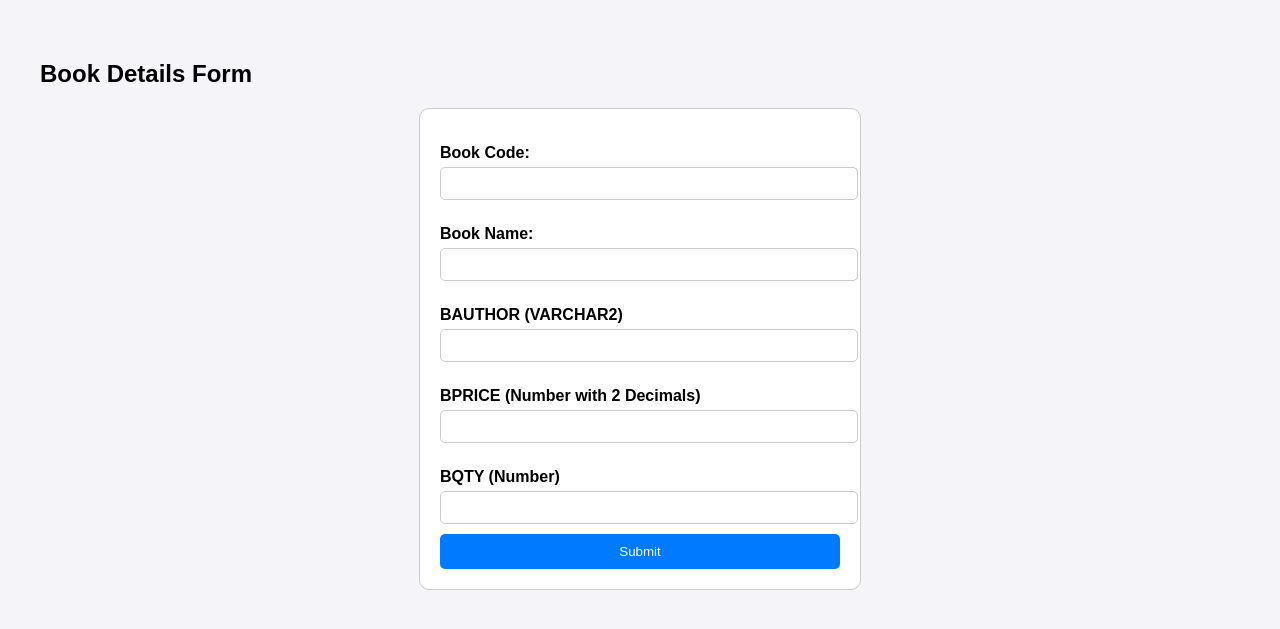
Repository: GokulLade/WebApps_with_Servlets_JSP
Page: 02_ReadDisplayBookDetails/src/main/webapp/index.html
The author's editor kept a copy of each file at every save. The page is drawn from the files as they stood at one save, then again after the next save.
The browser window is 1280 px wide. The pictures show the whole page.

Above is the page before, as saved 2024-11-30 11:01:29.

### 02_ReadDisplayBookDetails/src/main/webapp/index.html
<!DOCTYPE html>
<html lang="en">
<head>
    <meta charset="UTF-8">
    <meta name="viewport" content="width=device-width, initial-scale=1.0">
    <title>Book Details Form</title>
    <style>
        body {
            font-family: Arial, sans-serif;
            margin: 20px;
            padding: 20px;
            background-color: #f4f4f9;
        }
        form {
            max-width: 400px;
            margin: auto;
            padding: 20px;
            border: 1px solid #ccc;
            border-radius: 10px;
            background: #fff;
        }
        label {
            font-weight: bold;
            display: block;
            margin-top: 15px;
        }
        input[type="text"], input[type="number"] {
            width: 100%;
            padding: 8px;
            margin-top: 5px;
            margin-bottom: 10px;
            border: 1px solid #ccc;
            border-radius: 5px;
        }
        input[type="submit"] {
            background-color: #007BFF;
            color: #fff;
            padding: 10px;
            border: none;
            border-radius: 5px;
            cursor: pointer;
            width: 100%;
        }
        input[type="submit"]:hover {
            background-color: #0056b3;
        }
    </style>
</head>
<body>
    <h2>Book Details Form</h2>
    <form action="display" method="POST">
        <label for="bcode">Book Code: </label>
        <input type="number" id="bcode" name="bcode" required>

        <label for="bname">Book Name: </label>
        <input type="text" id="bname" name="bname" maxlength="10" required>

        <label for="bauthor">BAUTHOR (VARCHAR2)</label>
        <input type="text" id="bauthor" name="bauthor" maxlength="10" required>

        <label for="bprice">BPRICE (Number with 2 Decimals)</label>
        <input type="number" id="bprice" name="bprice" step="0.01" required>

        <label for="bqty">BQTY (Number)</label>
        <input type="number" id="bqty" name="bqty" required>

        <input type="submit" value="Submit">
    </form>
</body>
</html>

After the next save:
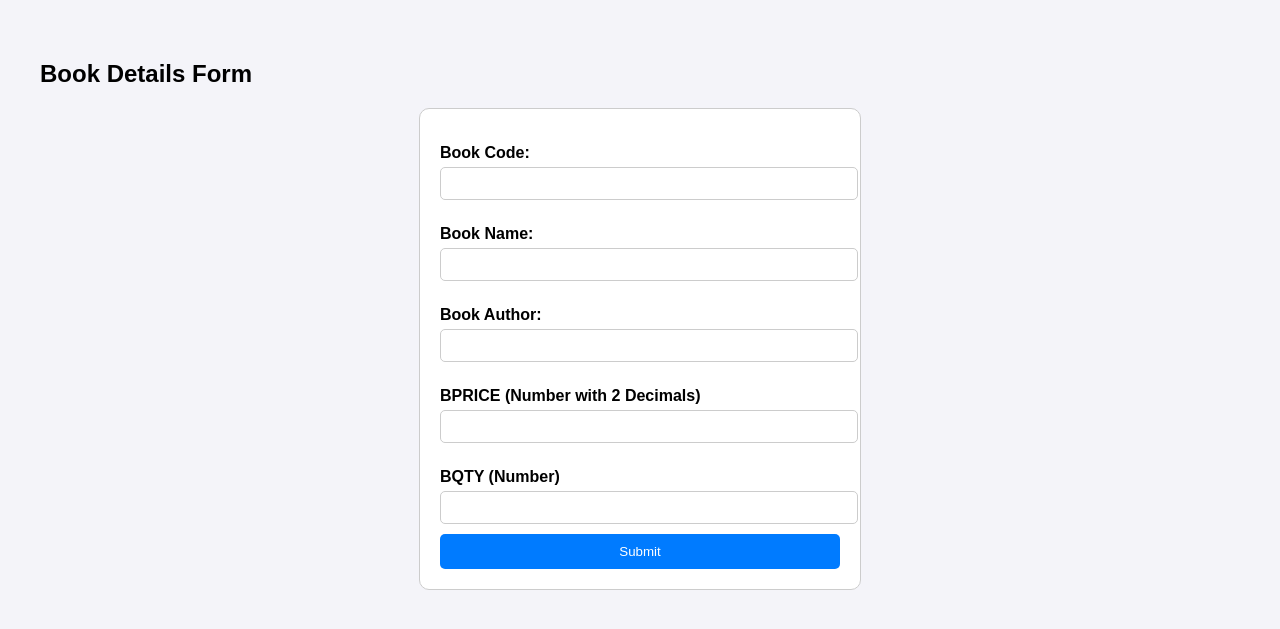
Saved 9 s later.
--- a/02_ReadDisplayBookDetails/src/main/webapp/index.html
+++ b/02_ReadDisplayBookDetails/src/main/webapp/index.html
@@ -55,7 +55,7 @@
         <label for="bname">Book Name: </label>
         <input type="text" id="bname" name="bname" maxlength="10" required>
 
-        <label for="bauthor">BAUTHOR (VARCHAR2)</label>
+        <label for="bauthor">Book Author: </label>
         <input type="text" id="bauthor" name="bauthor" maxlength="10" required>
 
         <label for="bprice">BPRICE (Number with 2 Decimals)</label>
